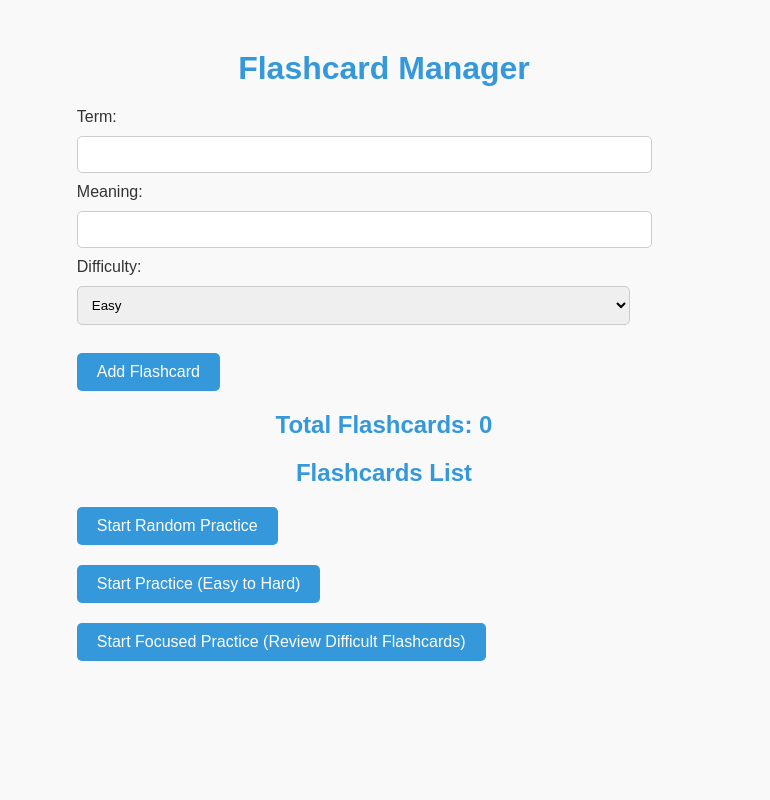
Repository: Oriyin/Algorithm_StudyHelper
Page: http://localhost/flashcards
The author's editor kept a copy of each file at every save. The page is drawn from the files as they stood at one save, then again after the next save.
The browser window is 768 px wide. The page is 768 px wide, then 770 px, so the pictures cover 770 px, including what lies to the right of the window. The pictures show the whole page.
The page is served by the project's application, run on Flask 3 (backend/app.py).

Above is the page before, as saved 2024-10-11 14:19:58.

After the next save:
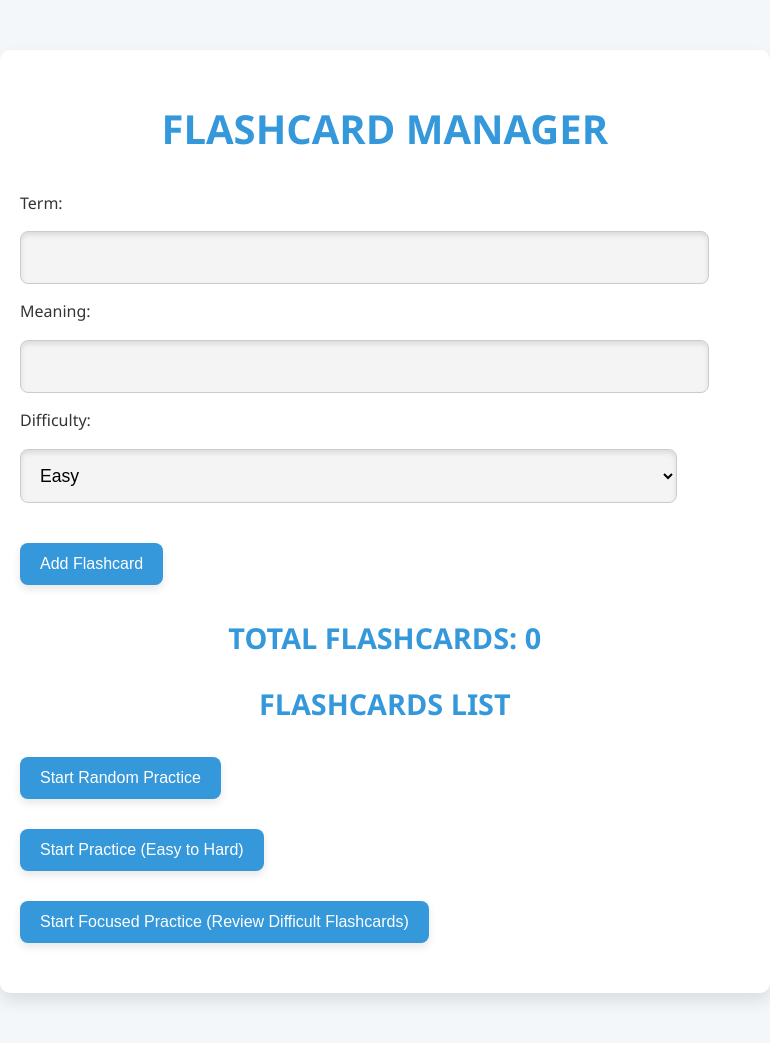
Saved 49 s later.
--- a/backend/static/flashstyle.css
+++ b/backend/static/flashstyle.css
@@ -2,49 +2,78 @@
 body, html {
     margin: 0;
     padding: 0;
-    font-family: Arial, sans-serif;
-    background-color: #f9f9f9;
+    font-family: 'Segoe UI', Tahoma, Geneva, Verdana, sans-serif;
+    background-color: #f4f7f9;
     color: #333;
+    line-height: 1.6;
 }
 
 .container {
     width: 80%;
+    max-width: 1200px;
     margin: 50px auto;
     text-align: center;
+    padding: 20px;
+    background-color: white;
+    border-radius: 10px;
+    box-shadow: 0 8px 16px rgba(0, 0, 0, 0.1);
 }
 
 /* Title Styling */
 h1, h2 {
     color: #3498db;
+    font-weight: 600;
+    text-transform: uppercase;
+    margin-bottom: 20px;
+}
+
+h1 {
+    font-size: 2.5em;
+}
+
+h2 {
+    font-size: 1.8em;
+    margin-top: 20px;
 }
 
 /* Flashcard Form Styles */
 form {
-    margin: 20px 0;
+    margin: 30px 0;
     text-align: left;
 }
 
 input, select {
     width: 90%;
-    padding: 10px;
-    margin: 10px 0;
+    padding: 15px;
+    margin: 15px 0;
     border: 1px solid #ccc;
-    border-radius: 5px;
+    border-radius: 8px;
+    font-size: 1.1em;
+    background-color: #f4f4f4;
+    box-shadow: inset 0 3px 5px rgba(0, 0, 0, 0.1);
+    transition: border-color 0.3s ease;
+}
+
+input:focus, select:focus {
+    border-color: #3498db;
+    outline: none;
 }
 
 button {
-    padding: 10px 20px;
-    font-size: 1em;
+    padding: 15px 30px;
+    font-size: 1.2em;
     border: none;
     background-color: #3498db;
     color: white;
-    border-radius: 5px;
+    border-radius: 8px;
     cursor: pointer;
-    transition: background-color 0.3s ease;
+    transition: background-color 0.3s ease, box-shadow 0.3s ease;
+    box-shadow: 0 4px 8px rgba(0, 0, 0, 0.1);
 }
 
 button:hover {
-    background-color: #3498db;
+    background-color: #2980b9;
+    box-shadow: 0 6px 12px rgba(0, 0, 0, 0.2);
 }
 
 /* Flashcards List */
@@ -57,39 +86,75 @@ button:hover {
 .todo-column {
     width: 100%;
     background-color: #ecf0f1;
-    padding: 20px;
+    padding: 25px;
     margin: 20px 0;
-    border-radius: 8px;
-    box-shadow: 0 0 10px rgba(0, 0, 0, 0.1);
+    border-radius: 10px;
+    box-shadow: 0 8px 16px rgba(0, 0, 0, 0.1);
 }
 
 li {
     list-style: none;
-    padding: 10px;
+    padding: 15px;
     border-bottom: 1px solid #ccc;
-    margin: 5px 0;
+    margin: 10px 0;
+    font-size: 1.1em;
+    color: #2c3e50;
+    transition: background-color 0.3s ease;
+}
+
+li:last-child {
+    border-bottom: none;
 }
 
 li strong {
+    font-weight: bold;
     color: #2c3e50;
 }
 
+li:hover {
+    background-color: #d5eaf7;
+    border-radius: 5px;
+}
+
+/* Button Styles */
 .btn {
     background-color: #3498db;
     color: white;
-    padding: 10px 20px;
+    padding: 12px 30px;
     text-decoration: none;
-    border-radius: 5px;
+    border-radius: 8px;
     margin: 10px;
     display: inline-block;
-    transition: background-color 0.3s ease;
+    transition: background-color 0.3s ease, box-shadow 0.3s ease;
+    font-size: 1.1em;
+    box-shadow: 0 4px 8px rgba(0, 0, 0, 0.1);
 }
 
 .btn:hover {
-    background-color: #16a085;
+    background-color: #1abc9c;
+    box-shadow: 0 6px 12px rgba(0, 0, 0, 0.2);
 }
 
 /* Container for buttons */
 .button-container {
-    margin: 20px 0;
+    margin: 30px 0;
+    display: flex;
+    justify-content: center;
+    gap: 20px;
 }
+
+/* Responsiveness */
+@media (max-width: 768px) {
+    .container {
+        width: 95%;
+    }
+
+    button {
+        padding: 12px 20px;
+        font-size: 1em;
+    }
+
+    li {
+        font-size: 1em;
+    }
+}
